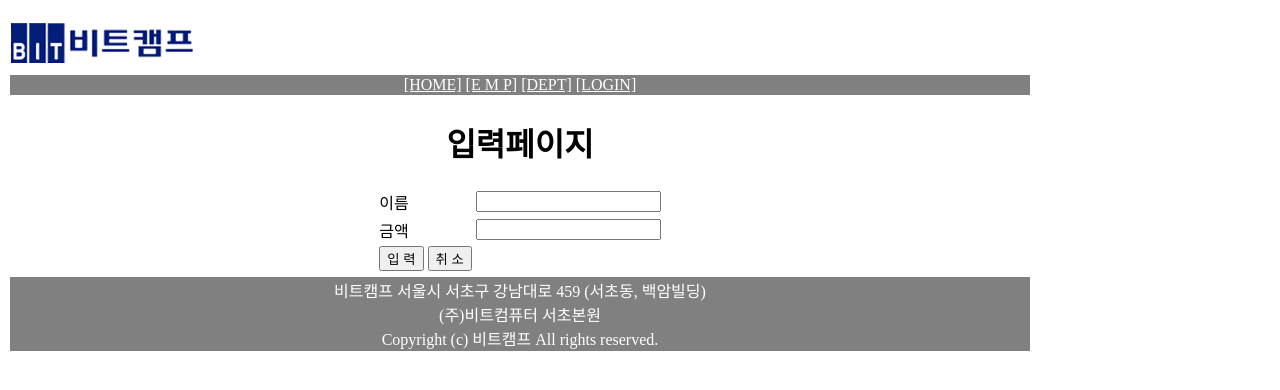
Repository: Deepsky110/LectureNotes
Page: http://localhost/web05/emp/add.jsp
An editor plug-in stored every save of this project. The page is shown before and after the next save, followed by the edit.
The browser window is 1280 px wide. The pictures show the whole page.
The page is served by Tomcat 9.

Above is the page before, as saved 2020-07-03 06:10:20.

After the next save:
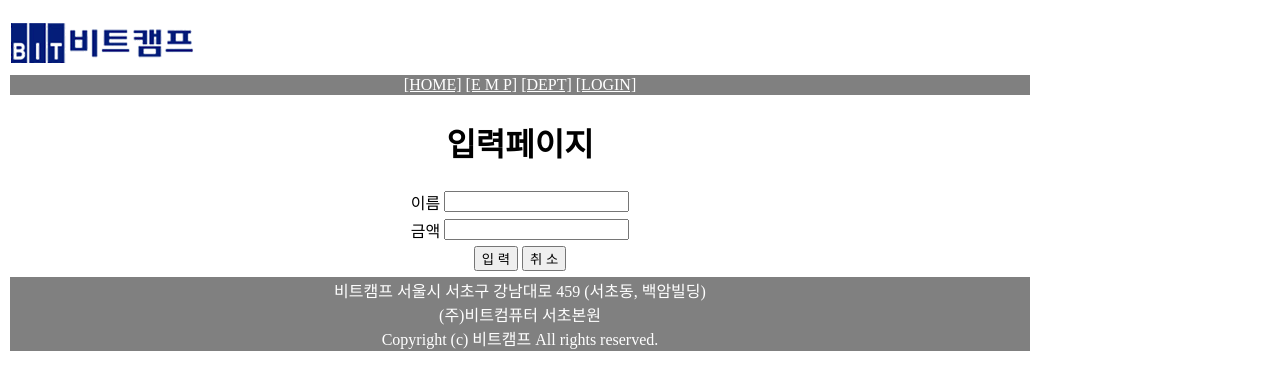
Saved 21 s later.
--- a/web05/WebContent/emp/add.jsp
+++ b/web05/WebContent/emp/add.jsp
@@ -25,7 +25,7 @@
 				<td><input type="text" name="pay"></td>
 			</tr>
 			<tr>
-				<td colsapn="2" align="center">
+				<td colspan="2" align="center">
 					<input type="submit" value="입 력">
 					<input type="reset" value="취 소">
 				</td>
